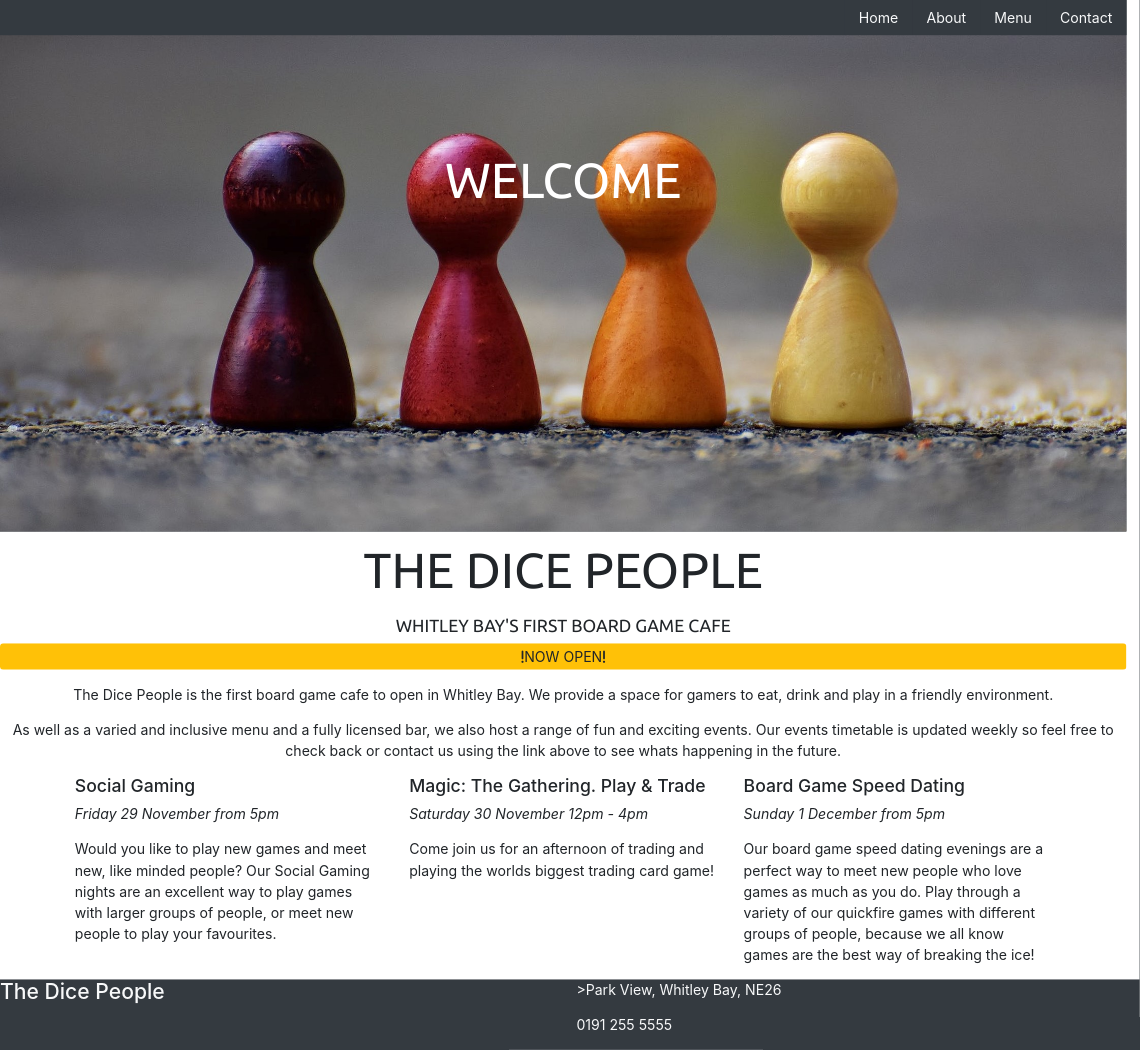
Repository: Code-Institute-Submissions/eleanorpro-milestoneproject1
Page: index.html
The author's editor kept a record of every edit. The page is drawn from the files as they stood at one moment, then again after the next edit.
The browser window is 1280 px wide. The page is 1295 px wide, so the pictures cover 1295 px, including what lies to the right of the window. The pictures show the whole page, at 88% of full size.
Some web libraries are served in a nearby version.

Above is the page before.

### index.html
<!DOCTYPE html>
<html lang="en">

<head>
    <meta charset="UTF-8">
    <meta name="viewport" content="width=device-width, initial-scale=1.0 shrink-to-fit=no">
    <meta http-equiv="X-UA-Compatible" content="ie=edge">
    <link rel="stylesheet" href="https://stackpath.bootstrapcdn.com/bootstrap/4.3.1/css/bootstrap.min.css" integrity="sha384-ggOyR0iXCbMQv3Xipma34MD+dH/1fQ784/j6cY/iJTQUOhcWr7x9JvoRxT2MZw1T" crossorigin="anonymous">
    <link href="https://fonts.googleapis.com/css?family=Ubuntu&display=swap" rel="stylesheet">
    <script src="https://kit.fontawesome.com/6737ff54ee.js" crossorigin="anonymous"></script>
    <link rel="stylesheet" href="css/style.css" type="text/css" />
    <title>The Dice People</title>
</head>

<body>
    <header class="bg-dark">
        <nav class="bg-dark">
            <ul class="nav justify-content-end">
                <li class="nav-item">
                    <a class="nav-link active text-light bg-dark" href="index.html">Home</a>
                </li>
                <li class="nav-item">
                    <a class="nav-link text-light bg-dark" href="about.html">About</a>
                </li>
                <li class="nav-item">
                    <a class="nav-link text-light bg-dark" href="menu.html">Menu</a>
                </li>
                <li class="nav-item">
                    <a class="nav-link text-light bg-dark" href="contact.html">Contact</a>
                </li>
            </ul>
        </nav>
        <div class="row">
            <div class="col">
                <div class="main-img">
                    <img class="bg-image" src="media/images/pieces.jpeg" alt="board game playing pieces">
                    <div class="centered">
                        <h1 class="uppercase display-4">Welcome</h1>
                    </div>
                </div>
            </div>
        </div>

    </header>
    <section>
        <h4 class="uppercase main-head display-4">The Dice People</h4>
        <h5 class="main-head uppercase">Whitley Bay's first board game cafe</h5>
        <div class="alert bg-warning">
            <p><i class="fas fa-exclamation"></i><span>NOW OPEN</span><i class="fas fa-exclamation"></i></p>
        </div>
        <div class="intro">
            <p>The Dice People is the first board game cafe to open in Whitley Bay. We provide a space for gamers to eat, drink and play in a friendly environment.</p>
            <p>As well as a varied and inclusive menu and a fully licensed bar, we also host a range of fun and exciting events. Our events timetable is updated weekly so feel free to check back or contact us using the link above to see whats happening in the future.</p>
        </div>
<!-- Upcoming events below. -->
        <div class="container main-events">
            <div class="row">
                <div class="col-sm">
                    <h5>Social Gaming</h5>
                    <p><i>Friday 29 November from 5pm</i></p>
                    <p>Would you like to play new games and meet new, like minded people? Our Social Gaming nights are an excellent way to play games with larger groups of people, or meet new people to play your favourites.</p>
                </div>
                <div class="col-sm">
                    <h5>Magic: The Gathering. Play & Trade</h5>
                    <p><i>Saturday 30 November 12pm - 4pm</i></p>
                    <p>Come join us for an afternoon of trading and playing the worlds biggest trading card game!</p>
                </div>
                <div class="col-sm">
                    <h5>Board Game Speed Dating</h5>
                    <p><i>Sunday 1 December from 5pm</i></p>
                    <p>Our board game speed dating evenings are a perfect way to meet new people who love games as much as you do. Play through a variety of our quickfire games with different groups of people, because we all know games are the best way of breaking the ice!</p>
                </div>
            </div>
        </div>
    </section>
    <footer>
        <div class="row text-light bg-dark">
            <div class="col-sm">
                <h4>The Dice People</h4>
            </div>
            <div class="col-sm">
                <p>>Park View, Whitley Bay, NE26</p>
                <p>0191 255 5555</p>

            </div>
        </div>
    </footer>
</body>

</html>

### css/style.css
/*--------------------------------------Text Styling */

.uppercase {
    text-transform: uppercase;
}

.centered {
    font-family: "Ubuntu", sans-serif;
}

.main-head {
    text-align: center;
    font-family: "Ubuntu", sans-serif;
}

.intro {
    text-align: center;
}

/*--------------------------------------Navigation */

nav {
    width: 100%;
}

/*--------------------------------------Main Image */

.bg-image {
    width: 100%;
}


.main-img {
    position: relative;
    text-align: center;
    color: white;
}

.centered {
    position: absolute;
    top: 30%;
    left: 50%;
    transform: translate(-50%, -50%);
}

.bottom-center {
    position: absolute;
    bottom: 8px;
    left: 50%;
    transform: translate(-50%, -50%);
}



/*--------------------------------------Home Page */

.main-head {
    padding-top: 10px;
}

.alert {
    text-align: center;
    padding: 2px 0;
    2px 0;
    height: 30px;
}

After the next edit:
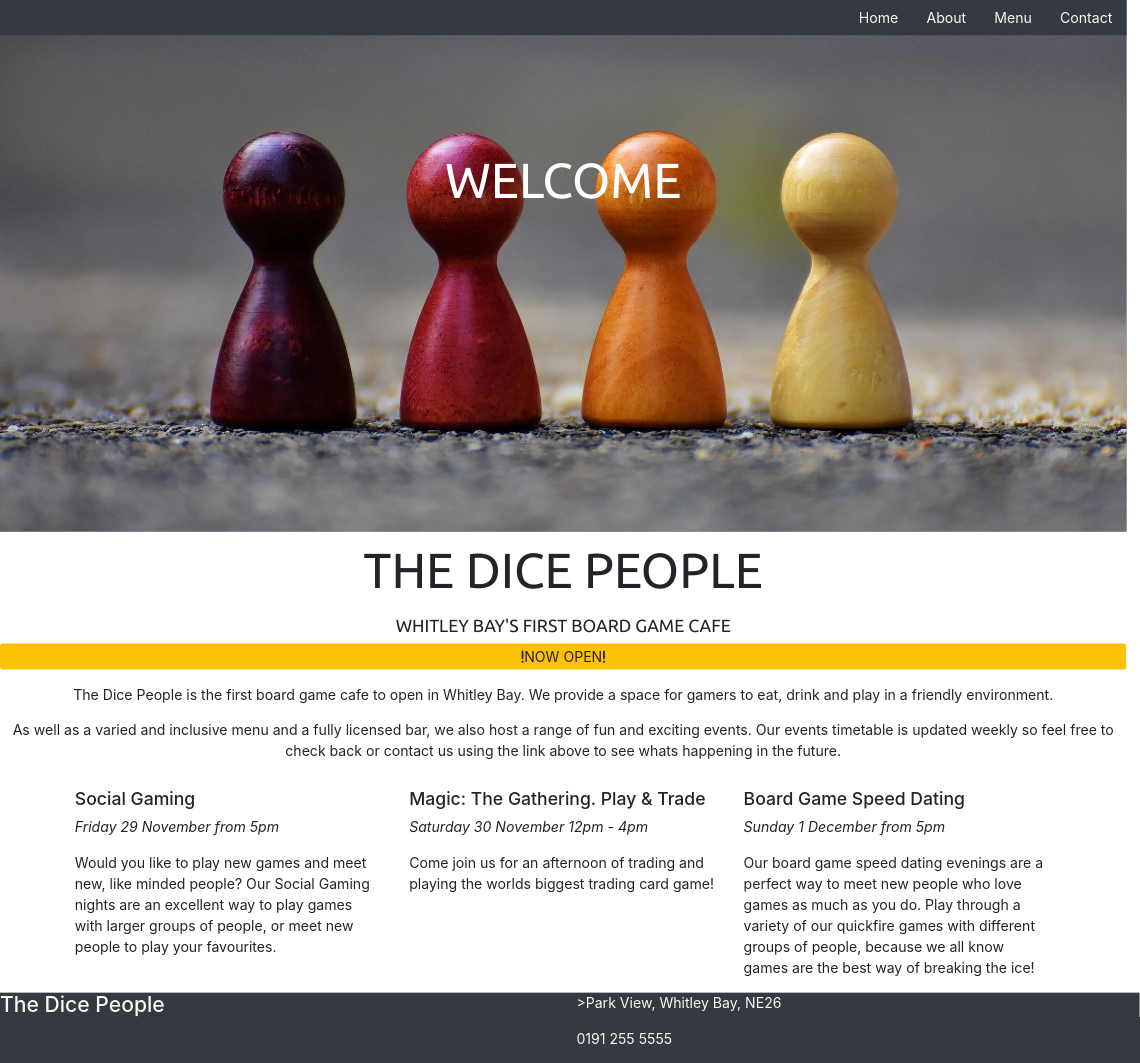
The edit:
--- a/css/style.css
+++ b/css/style.css
@@ -64,3 +64,7 @@
     2px 0;
     height: 30px;
 }
+
+.main-events {
+    padding-top: 15px;
+}
